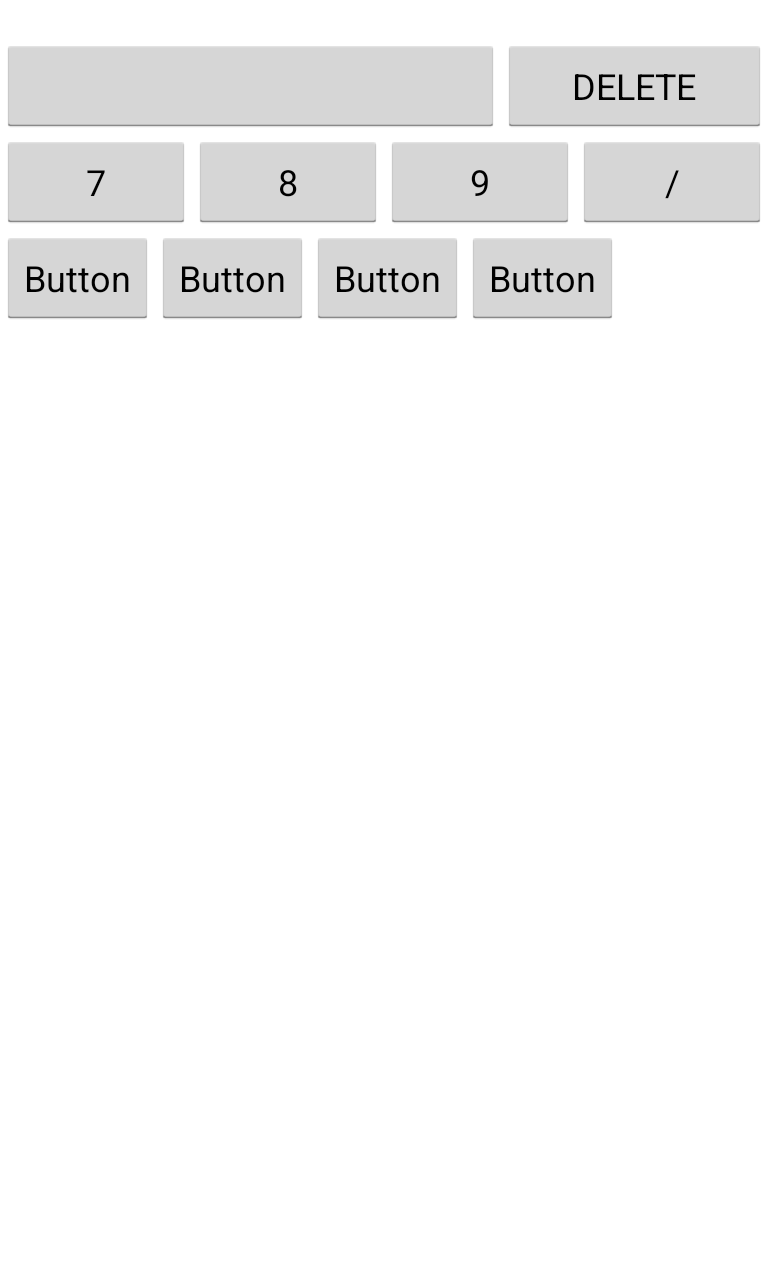
Repository: iracom/ejercicios-android
Layout: Calculadora/res/layout/activity_main.xml
An editor plug-in stored every save of this project. The layout is shown before and after the next save, followed by the edit.
It is drawn on a 768 x 1280 px phone screen (xhdpi) without system bars, with theme AppTheme; the app's code is not run.

Above is the layout before, as saved 2014-05-07 09:59:19.

### Calculadora/res/layout/activity_main.xml
<LinearLayout xmlns:android="http://schemas.android.com/apk/res/android"
    xmlns:tools="http://schemas.android.com/tools"
    android:id="@+id/container"
    android:layout_width="match_parent"
    android:layout_height="match_parent"
    android:orientation="vertical">

    <TextView
        android:id="@+id/textView1"
        android:layout_width="match_parent"
        android:layout_height="wrap_content"
        android:text="" />

    <LinearLayout
        android:layout_width="match_parent"
        android:layout_height="wrap_content"
        android:orientation="horizontal" >

        <Button
            android:id="@+id/button2"
            android:layout_width="wrap_content"
            android:layout_height="wrap_content"
            android:layout_weight="4"
            android:text=""
            android:clickable="false"/>

        <Button
            android:id="@+id/btn_delete"
            android:layout_width="wrap_content"
            android:layout_height="wrap_content"
            android:layout_weight="1"
            android:text="@string/borrar" />

    </LinearLayout>

    <LinearLayout
        android:layout_width="match_parent"
        android:layout_height="wrap_content"
        android:orientation="horizontal" >

        <Button
            android:id="@+id/btn_7"
            android:layout_width="wrap_content"
            android:layout_height="wrap_content"
            android:layout_weight="1"
            android:text="@string/siete" />

        <Button
            android:id="@+id/btn_8"
            android:layout_width="wrap_content"
            android:layout_height="wrap_content"
            android:layout_weight="1"
            android:text="@string/ocho" />

        <Button
            android:id="@+id/btn_9"
            android:layout_width="wrap_content"
            android:layout_height="wrap_content"
            android:layout_weight="1"
            android:text="@string/nueve" />

        <Button
            android:id="@+id/btn_div"
            android:layout_width="wrap_content"
            android:layout_height="wrap_content"
            android:layout_weight="1"
            android:text="@string/div" />

    </LinearLayout>

    <LinearLayout
        android:layout_width="match_parent"
        android:layout_height="wrap_content"
        android:orientation="horizontal" >

        <Button
            android:id="@+id/button1"
            android:layout_width="wrap_content"
            android:layout_height="wrap_content"
            android:text="Button" />

        <Button
            android:id="@+id/button3"
            android:layout_width="wrap_content"
            android:layout_height="wrap_content"
            android:text="Button" />

        <Button
            android:id="@+id/button4"
            android:layout_width="wrap_content"
            android:layout_height="wrap_content"
            android:text="Button" />

        <Button
            android:id="@+id/button5"
            android:layout_width="wrap_content"
            android:layout_height="wrap_content"
            android:text="Button" />

    </LinearLayout>

</LinearLayout>

### Calculadora/res/values/strings.xml
<?xml version="1.0" encoding="utf-8"?>
<resources>

    <string name="app_name">Calculadora</string>
    <string name="hello_world">Hello world!</string>
    <string name="action_settings">Settings</string>
    <string name="borrar">DELETE</string>
    <string name="uno">1</string>
    <string name="dos">2</string>
    <string name="tres">3</string>
    <string name="cuatro">4</string>
    <string name="cinco">5</string>
    <string name="seis">6</string>
    <string name="siete">7</string>
    <string name="ocho">8</string>
    <string name="nueve">9</string>
    <string name="cero">0</string>
    <string name="sum">+</string>
    <string name="res">-</string>
    <string name="mul">x</string>
    <string name="div">/</string>
    <string name="igual">=</string>
    <string name="punto">.</string>

</resources>

Loaded but not shown: Calculadora/res/values/styles.xml (common file); Calculadora/res/values-v11/styles.xml (common file); Calculadora/res/values-v14/styles.xml (common file)

After the next save:
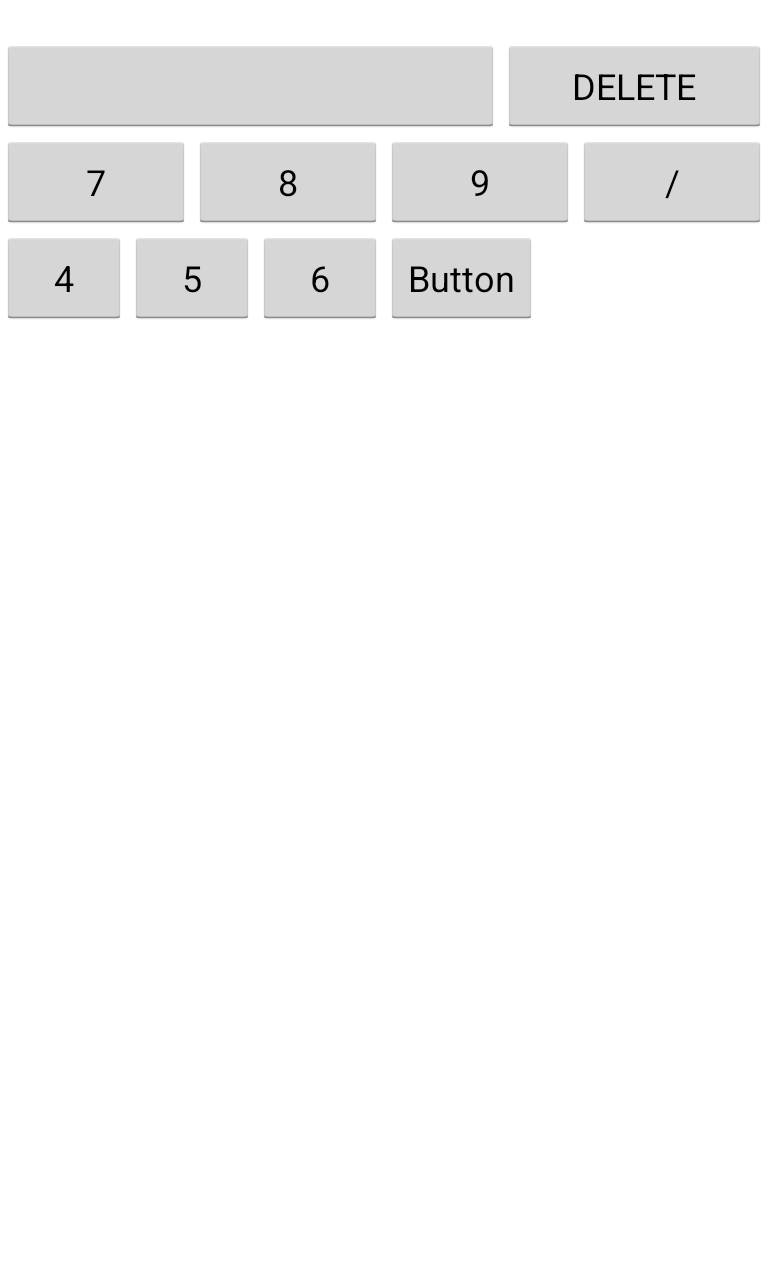
Saved 44 s later.
--- a/Calculadora/res/layout/activity_main.xml
+++ b/Calculadora/res/layout/activity_main.xml
@@ -74,22 +74,22 @@
         android:orientation="horizontal" >
 
         <Button
-            android:id="@+id/button1"
+            android:id="@+id/btn_4"
             android:layout_width="wrap_content"
             android:layout_height="wrap_content"
-            android:text="Button" />
+            android:text="@string/cuatro" />
 
         <Button
-            android:id="@+id/button3"
+            android:id="@+id/btn_5"
             android:layout_width="wrap_content"
             android:layout_height="wrap_content"
-            android:text="Button" />
+            android:text="@string/cinco" />
 
         <Button
-            android:id="@+id/button4"
+            android:id="@+id/btn_6"
             android:layout_width="wrap_content"
             android:layout_height="wrap_content"
-            android:text="Button" />
+            android:text="@string/seis" />
 
         <Button
             android:id="@+id/button5"
